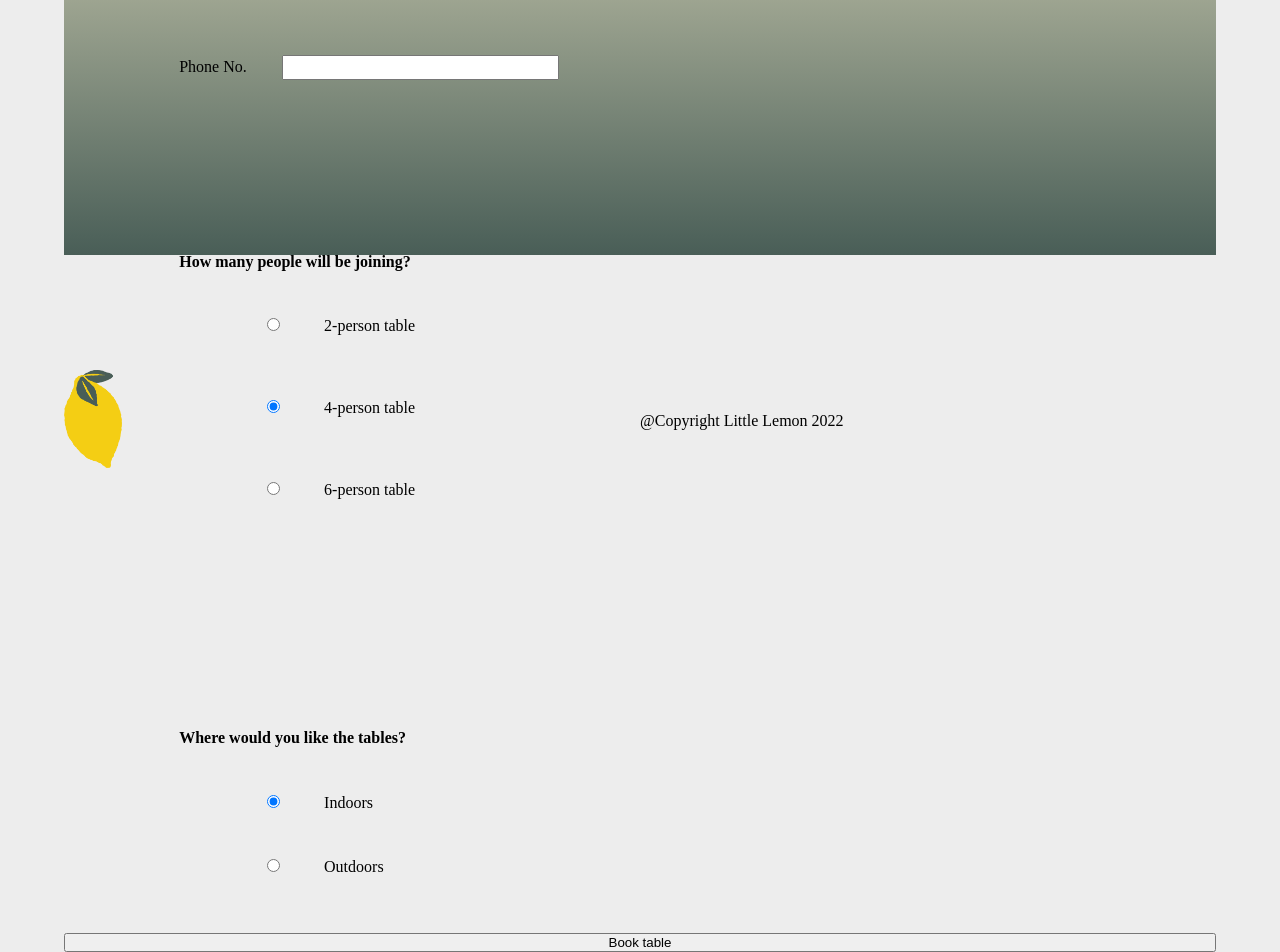
Repository: klone007/littleLemon
Page: index.html
These files come from the project's save history. The page is drawn as it stood at one moment and after the next save; the edit follows.
The browser window is 1280 px wide. The pictures show the part of the page from y = 3712 to 4664 px (the page is 4664 px tall before and 4549 px after).
A picture or video elsewhere on the page could not be fetched, so the positions and the page height are approximate. Backgrounds fixed to the window are drawn as part of the page.

Above is the page before, as saved 2022-11-17 13:46:11.

After the next save:
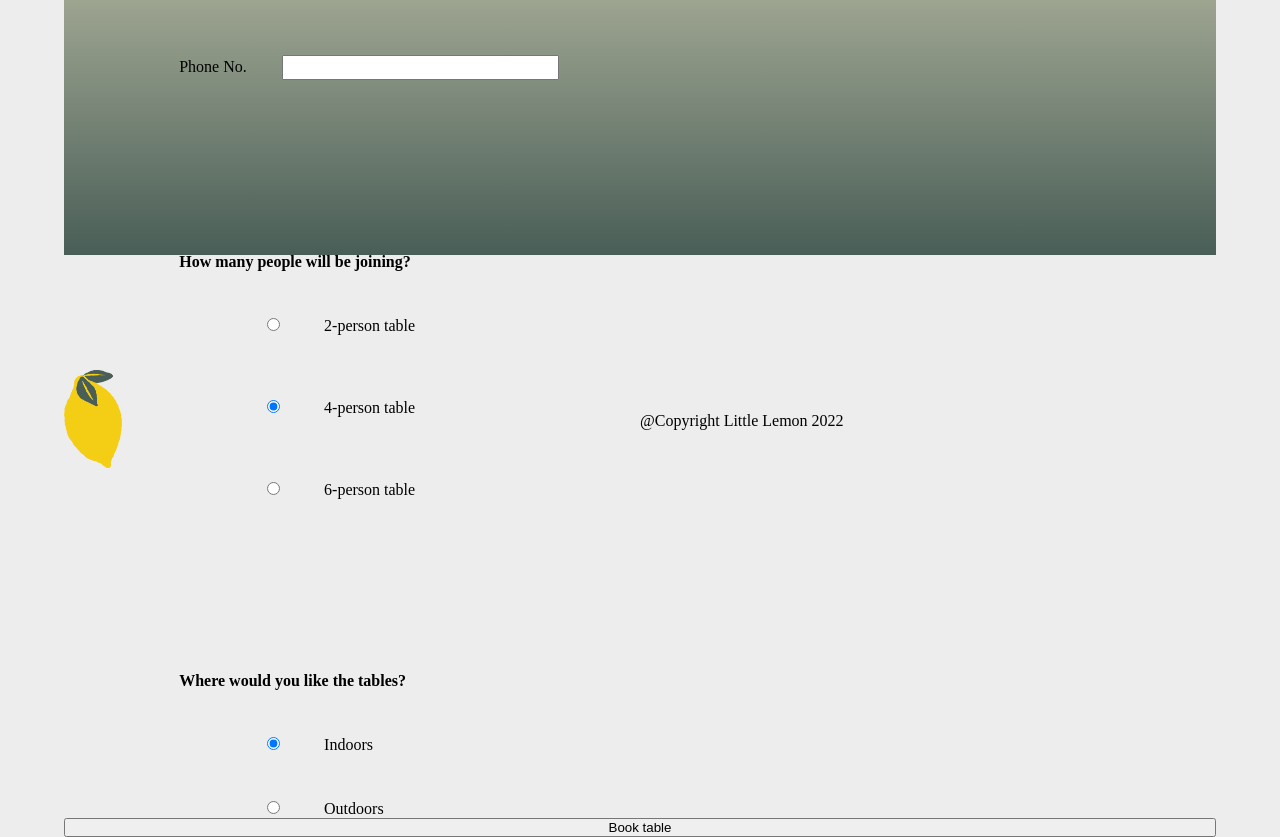
Saved 23 s later.
--- a/styles.css
+++ b/styles.css
@@ -538,7 +538,7 @@
 
 #location{
     border:0;
-    margin: 5% 10%;
+    margin: 0 10%;
     display:flex;
     flex-direction: column;
 }
